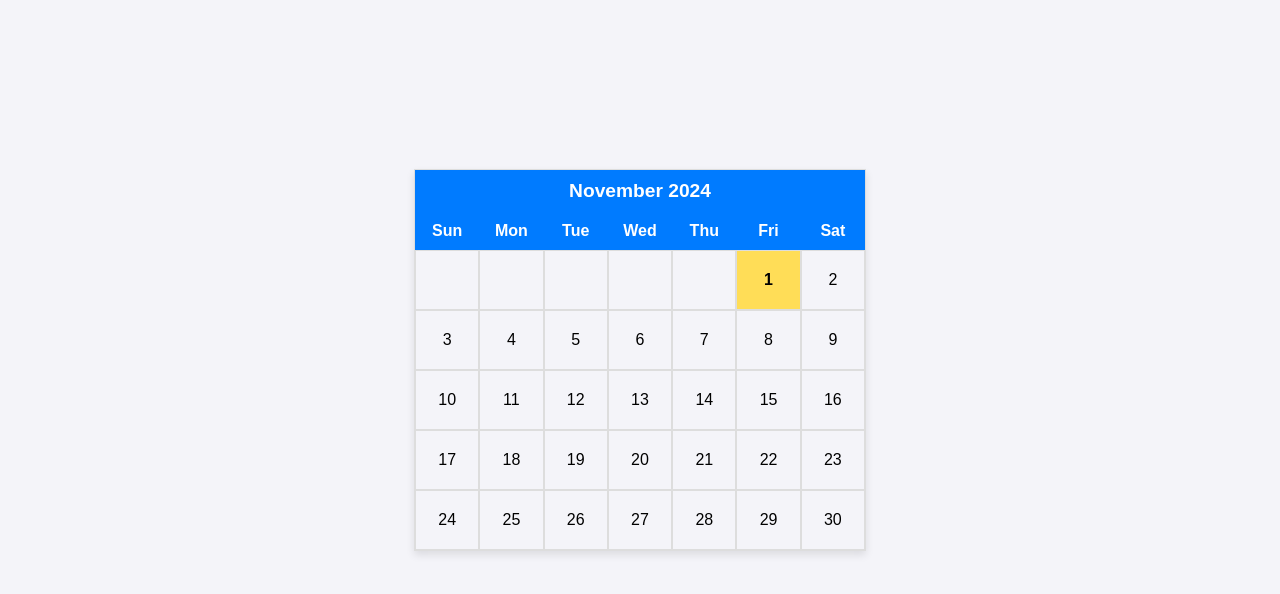
Repository: carrascokarencb37-afk/Nuura
Page: html/calendario.html
The author's editor kept a copy of each file at every save. The page is drawn from the files as they stood at one save, then again after the next save.
The browser window is 1280 px wide. The pictures show the whole page.

Above is the page before, as saved 2026-05-28 23:18:56.

After the next save:
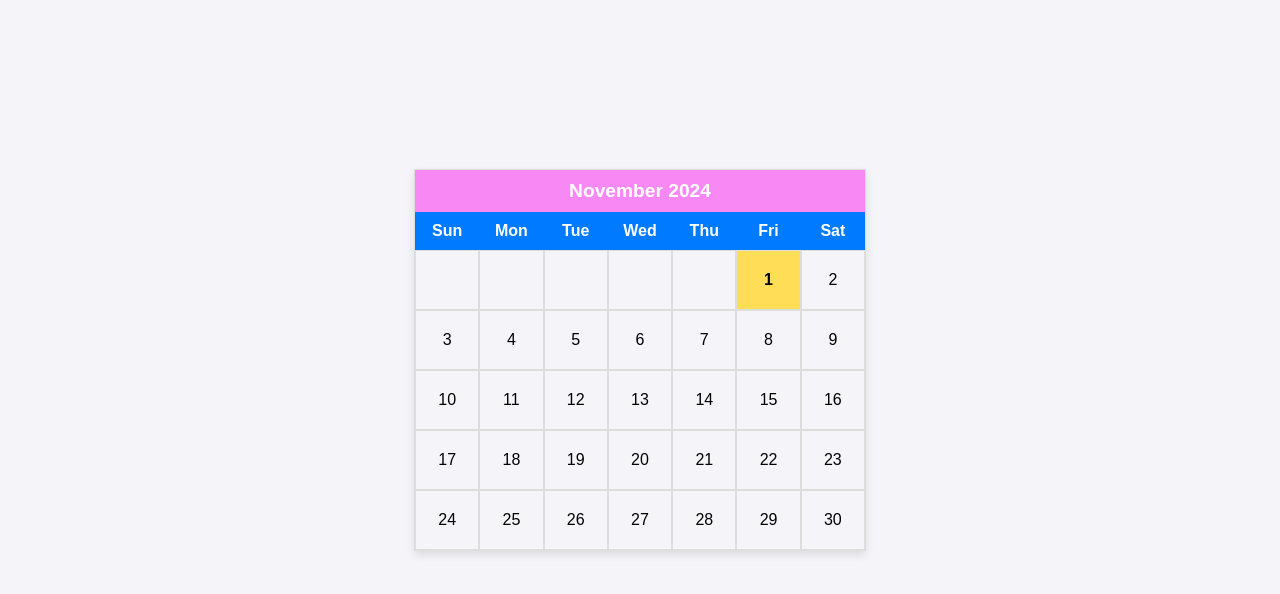
Saved 4 min 36 s later.
--- a/css/cale.css
+++ b/css/cale.css
@@ -20,7 +20,7 @@
         /* Calendar header styling */
         .calendar-header {
             text-align: center;
-            background-color: #007bff;
+            background-color: #f888f4;
             color: white;
             padding: 10px;
             font-size: 1.2em;
